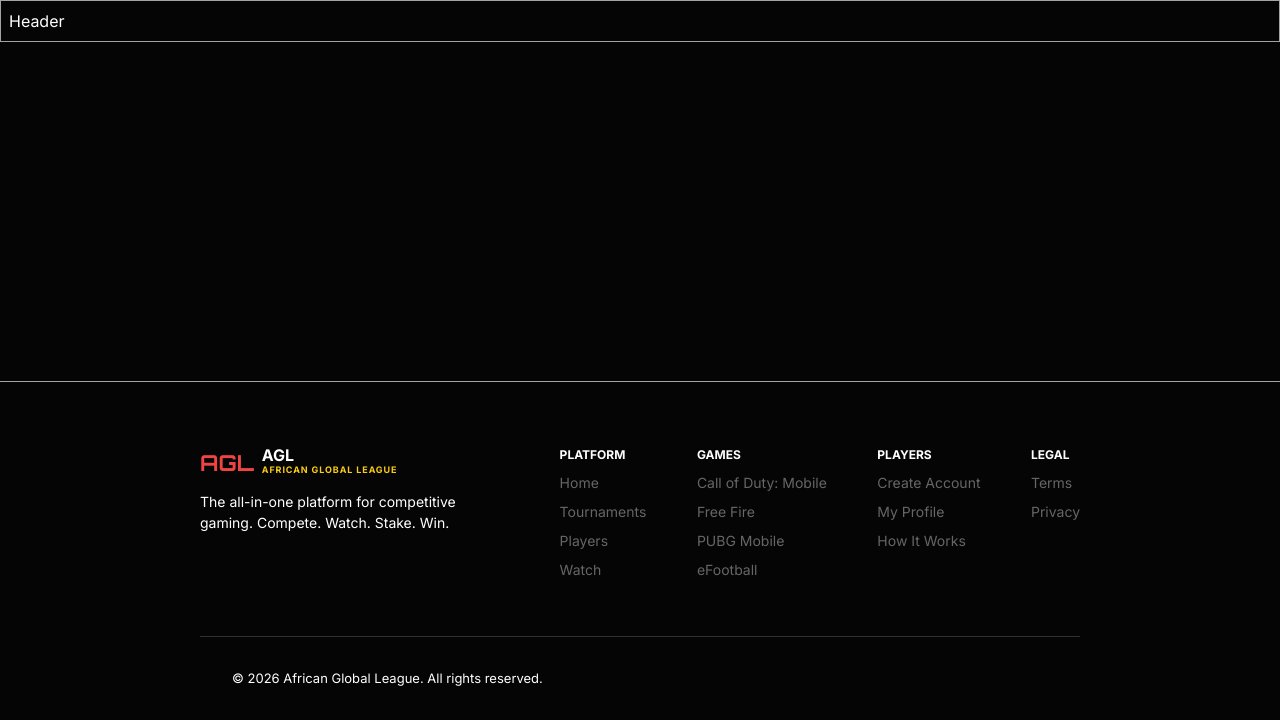
Repository: nino-dev92/AGL
Page: / (app in client/)
These files come from the project's save history. The page is drawn as it stood at one moment and after the next save; the edit follows.
The browser window is 1280 px wide. The pictures show the whole page.
The project was rebuilt for these pictures with package versions that can differ from the ones it lists, and the page was loaded fresh each time. Also part of the build but not shown: client/vite.config.ts.

Above is the page before, as saved 2026-10-21 14:47:33.

### client/index.html
<!doctype html>
<html lang="en">
  <head>
    <meta charset="UTF-8" />
    <link rel="icon" type="image/png+xml" href="/logo.png" />
    <meta name="viewport" content="width=device-width, initial-scale=1.0" />
    <title>client</title>
  </head>
  <body>
    <div id="root"></div>
    <script type="module" src="/src/main.tsx"></script>
  </body>
</html>

### client/src/main.tsx
import { StrictMode } from "react";
import { createRoot } from "react-dom/client";
import { BrowserRouter } from "react-router-dom";
import "./index.css";
import App from "./App.tsx";
import AuthProvider from "./context/AuthContext.tsx";

createRoot(document.getElementById("root")!).render(
  <StrictMode>
    <BrowserRouter>
      <AuthProvider>
        <App />
      </AuthProvider>
    </BrowserRouter>
  </StrictMode>,
);

### client/src/index.css
@import url("https://fonts.googleapis.com/css2?family=Inter:wght@400;500;600;700;800;900&display=swap");
@import url("https://fonts.googleapis.com/css2?family=Orbitron:wght@400;500;600;700;800;900&display=swap");
@import "tailwindcss";

@theme {
  /* ==========================================================================
     COLORS
     Defines classes like bg-agl-black, text-agl-lime-light, border-agl-border
     ========================================================================== */
  --color-agl-black: #050505;
  --color-agl-black-soft: #090909;
  --color-agl-black-light: #0d0d0d;

  --color-agl-surface: #111111;
  --color-agl-surface-light: #161616;
  --color-agl-surface-hover: #1b1b1b;

  --color-agl-border: #242424;
  --color-agl-border-light: #303030;

  --color-agl-lime: #b7ff00;
  --color-agl-lime-light: #c8ff33;
  --color-agl-lime-dark: #8fca00;

  --color-agl-white: #ffffff;
  --color-agl-white-soft: #f5f5f5;

  --color-agl-gray: #a3a3a3;
  --color-agl-gray-light: #c4c4c4;
  --color-agl-gray-dark: #666666;

  --color-agl-success: #22c55e;
  --color-agl-warning: #facc15;
  --color-agl-danger: #ef4444;

  /* Explicit Semantic Utilities */
  --color-agl-page: #050505;
  --color-agl-card: #0d0d0d;
  --color-agl-primary: #ffffff;
  --color-agl-secondary: #a3a3a3;
  --color-agl-muted: #666666;
  --color-agl-accent: #b7ff00;

  /* ==========================================================================
     TYPOGRAPHY & FONTS
     ========================================================================== */
  /* Replaces font-sans default fallback */
  --font-sans: "Inter", "ui-sans-serif", "system-ui", sans-serif;
  --font-orbitron: "Orbitron", "Inter", sans-serif;
  /* Defines font-display */
  --font-display: "Arial Black", "Inter", "ui-sans-serif", sans-serif;

  /* Font Sizes (Format: size / line-height) */
  --text-hero-sm: 3rem;
  --text-hero-sm--line-height: 0.95;
  --text-hero-sm--letter-spacing: -0.04em;

  --text-hero: 5rem;
  --text-hero--line-height: 0.9;
  --text-hero--letter-spacing: -0.05em;

  --text-hero-lg: 7rem;
  --text-hero-lg--line-height: 0.85;
  --text-hero-lg--letter-spacing: -0.06em;

  --text-section: 3.5rem;
  --text-section--line-height: 0.95;
  --text-section--letter-spacing: -0.04em;

  --text-section-lg: 4.5rem;
  --text-section-lg--line-height: 0.9;
  --text-section-lg--letter-spacing: -0.05em;

  /* ==========================================================================
     LAYOUT, BORDERS & SPACING
     ========================================================================== */
  /* Spacing utilities (p-section, m-section-lg, gap-section-sm) */
  --spacing-section-sm: 5rem;
  --spacing-section: 7rem;
  --spacing-section-lg: 9rem;

  /* Sizing limits (max-w-agl-content) */
  --max-width-agl-content: 1280px;
  --max-width-agl-wide: 1440px;

  /* Radius utilities (rounded-agl, rounded-agl-xl) */
  --radius-agl-sm: 8px;
  --radius-agl: 12px;
  --radius-agl-lg: 16px;
  --radius-agl-xl: 24px;

  /* ==========================================================================
     EFFECTS & BACKGROUND EXTRACTION
     ========================================================================== */
  /* Shadow utilities (shadow-agl-card, shadow-agl-glow) */
  --shadow-agl-card: 0 10px 40px rgba(0, 0, 0, 0.35);
  --shadow-agl-glow: 0 0 30px rgba(183, 255, 0, 0.15);
  --shadow-agl-glow-strong: 0 0 50px rgba(183, 255, 0, 0.25);

  /* Gradients & Background vectors */
  --background-image-agl-gradient: linear-gradient(
    135deg,
    #b7ff00 0%,
    #8fca00 100%
  );
  --background-image-agl-dark-gradient: linear-gradient(
    180deg,
    #111111 0%,
    #050505 100%
  );
  --background-image-agl-radial: radial-gradient(
    circle at center,
    rgba(183, 255, 0, 0.12),
    transparent 60%
  );
  --background-image-agl-grid:
    linear-gradient(rgba(255, 255, 255, 0.025) 1px, transparent 1px),
    linear-gradient(90deg, rgba(255, 255, 255, 0.025) 1px, transparent 1px);

  /* Miscellaneous utility styles */
  --background-size-grid: 40px 40px;
  --transition-timing-function-agl: cubic-bezier(0.4, 0, 0.2, 1);
  --transition-duration-400: 400ms;
}

body {
  font-family: var(--font-sans);
  background-color: var(--color-agl-black);
}

### client/src/App.tsx
import "./App.css";
import { Route, Routes } from "react-router-dom";
import Header from "./components/Header";
import Footer from "./components/Footer";

function App() {
  return (
    <Routes>
      <Route
        path="/"
        element={
          <div className="flex flex-col bg-agl-black min-h-screen">
            <Header />

            <main className="grow">
              {/* Landing page sections go here */}
            </main>

            <Footer />
          </div>
        }
      />
    </Routes>
  );
}

export default App;

### client/src/context/AuthContext.tsx
import { useState, createContext } from "react";

type AuthContextType = {
  auth: {
    id: String;
    username: string;
    role: string;
    accessToken: string;
  };
  setAuth: React.SetStateAction<any>;
};

export const AuthContext = createContext<AuthContextType | any>(null);

export default function AuthProvider({
  children,
}: {
  children: React.ReactNode;
}) {
  const [auth, setAuth] = useState<AuthContextType | null>(null);

  return (
    <AuthContext.Provider value={{ auth, setAuth }}>
      {children}
    </AuthContext.Provider>
  );
}

### client/src/components/Header.tsx
import React from "react";

export default function Header() {
  return (
    <div className="text-agl-primary border border-agl-gray p-2">
      Header
      <div></div>
    </div>
  );
}

### client/src/components/Footer.tsx
import { Link } from "react-router-dom";

export default function Footer() {
  return (
    <footer className="text-agl-primary flex flex-col px-10 pt-16 lg:px-50 border-t border-agl-gray">
      <section className="grid grid-cols-2 gap-8 lg:flex lg:justify-between">
        <div className="flex flex-col gap-3">
          <div className="flex items-center gap-2 cursor-pointer">
            <p className="text-agl-danger text-[22px] font-orbitron font-bold">
              AGL
            </p>
            <div className="flex flex-col">
              <b className="text-[16px] font-bold leading-4">AGL</b>
              <small className="text-agl-warning text-[9px] font-bold tracking-widest">
                AFRICAN GLOBAL LEAGUE
              </small>
            </div>
          </div>
          <div>
            <p className="text-[14px] max-w-[35ch]">
              The all-in-one platform for competitive gaming. Compete. Watch.
              Stake. Win.
            </p>
          </div>
        </div>

        <div className="flex flex-col gap-2">
          <h4 className="text-[12px] font-bold">PLATFORM</h4>
          <div className="flex flex-col gap-2 text-agl-gray-dark">
            <Link
              to="/"
              className="hover:text-white text-[14px] transition-all duration-200"
            >
              Home
            </Link>
            <Link
              to="/tournaments"
              className="hover:text-white text-[14px] transition-all duration-200"
            >
              Tournaments
            </Link>
            <Link
              to="/"
              className="hover:text-white text-[14px] transition-all duration-200"
            >
              Players
            </Link>
            <Link
              to="/"
              className="hover:text-white text-[14px] transition-all duration-200"
            >
              Watch
            </Link>
          </div>
        </div>
        <div className="flex flex-col gap-2">
          <h4 className="text-[12px] font-bold">GAMES</h4>
          <div className="flex flex-col gap-2 text-agl-gray-dark">
            <Link
              to=""
              className="hover:text-white text-[14px] transition-all duration-200"
            >
              Call of Duty: Mobile
            </Link>
            <Link
              to=""
              className="hover:text-white text-[14px] transition-all duration-200"
            >
              Free Fire
            </Link>
            <Link
              to="/"
              className="hover:text-white text-[14px] transition-all duration-200"
            >
              PUBG Mobile
            </Link>
            <Link
              to="/"
              className="hover:text-white text-[14px] transition-all duration-200"
            >
              eFootball
            </Link>
          </div>
        </div>
        <div className="flex flex-col gap-2">
          <h4 className="text-[12px] font-bold">PLAYERS</h4>
          <div className="flex flex-col gap-2 text-agl-gray-dark">
            <Link
              to="/"
              className="hover:text-white text-[14px] transition-all duration-200"
            >
              Create Account
            </Link>
            <Link
              to=""
              className="hover:text-white text-[14px] transition-all duration-200"
            >
              My Profile
            </Link>
            <Link
              to="/"
              className="hover:text-white text-[14px] transition-all duration-200"
            >
              How It Works
            </Link>
          </div>
        </div>
        <div className="flex flex-col gap-2">
          <h4 className="text-[12px] font-bold">LEGAL</h4>
          <div className="flex flex-col gap-2 text-agl-gray-dark">
            <Link
              to=""
              className="hover:text-white text-[14px] transition-all duration-200"
            >
              Terms
            </Link>
            <Link
              to=""
              className="hover:text-white text-[14px] transition-all duration-200"
            >
              Privacy
            </Link>
          </div>
        </div>
      </section>
      <section className="border-t border-agl-border-light mt-14 p-8 text-[13px]">
        <p>
          &copy; {`${new Date().getFullYear()}`} African Global League. All
          rights reserved.
        </p>
      </section>
    </footer>
  );
}

Loaded but not shown: client/src/App.css (no stored copy; drawn as an empty file)

After the next save:
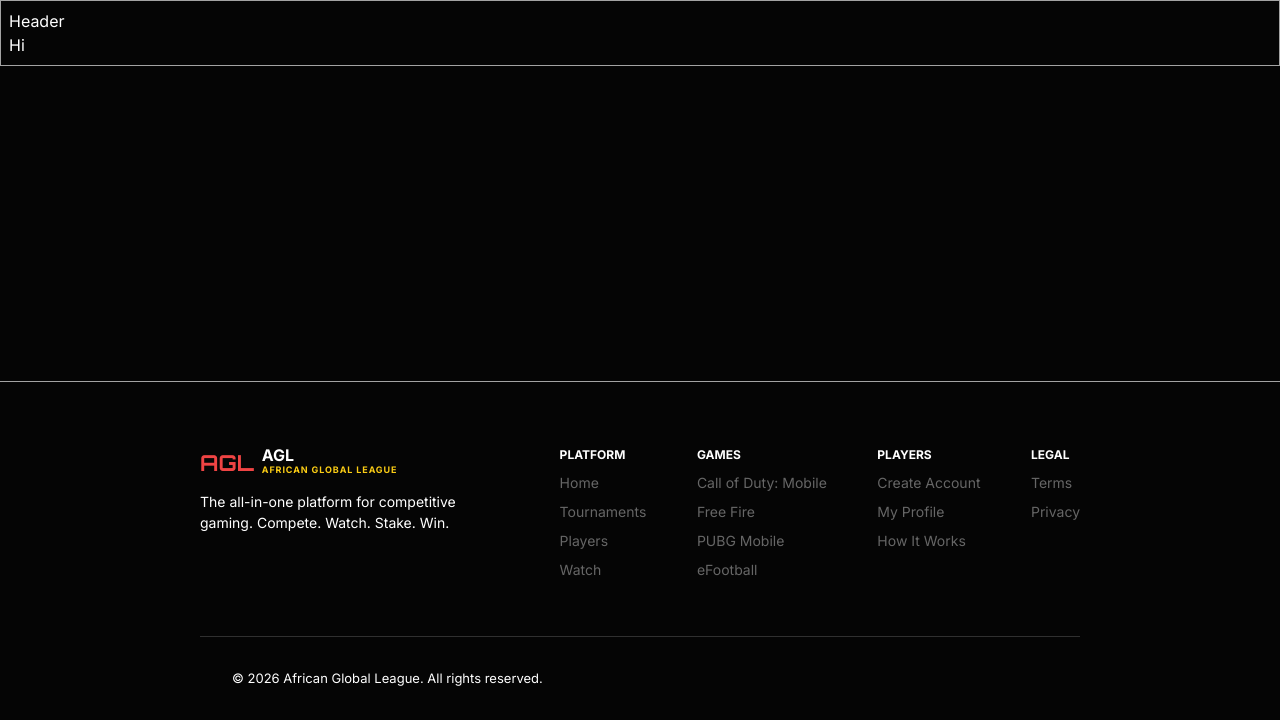
Saved 23 s later.
--- a/client/src/components/Header.tsx
+++ b/client/src/components/Header.tsx
@@ -4,7 +4,9 @@
   return (
     <div className="text-agl-primary border border-agl-gray p-2">
       Header
-      <div></div>
+      <div>
+        Hi
+      </div>
     </div>
   );
 }

After the save that followed:
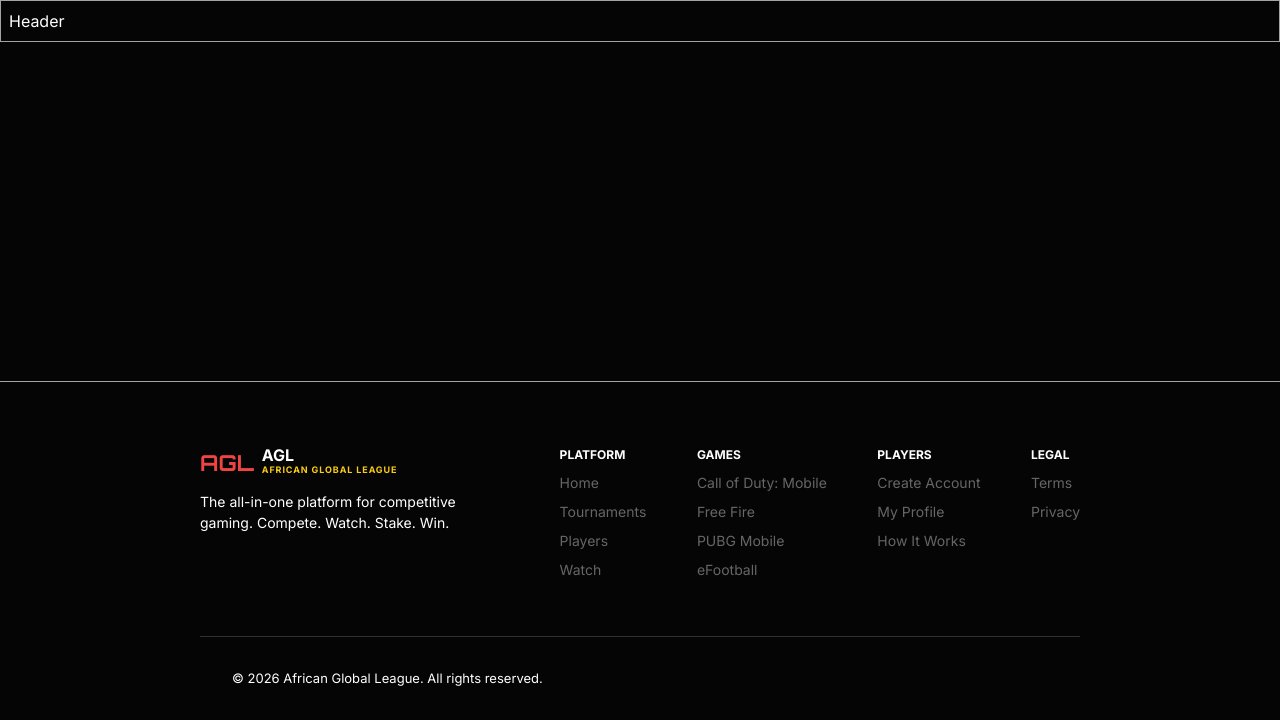
Saved 2 min 3 s later.
--- a/client/src/components/Header.tsx
+++ b/client/src/components/Header.tsx
@@ -4,8 +4,8 @@
   return (
     <div className="text-agl-primary border border-agl-gray p-2">
       Header
-      <div>
-        Hi
+      <div className="">
+
       </div>
     </div>
   );
